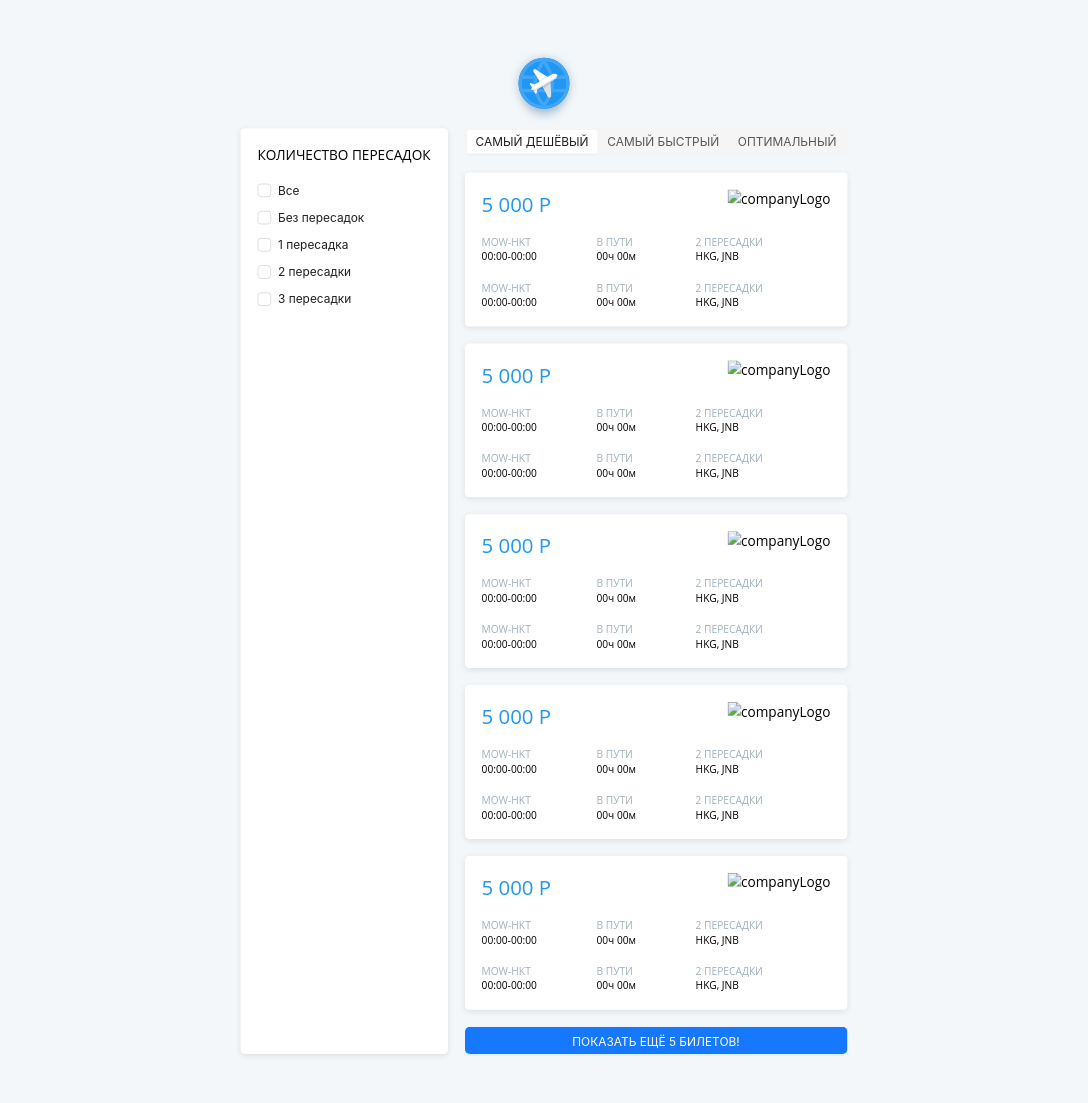
Repository: Dedoxa/aviasalesTickets
Page: /
The author's editor kept a copy of each file at every save. The page is drawn from the files as they stood at one save, then again after a run of saves.
The browser window is 1280 px wide. The pictures show the whole page, at 85% of full size.
The project was rebuilt for these pictures with package versions that can differ from the ones it lists, and the page was loaded fresh each time. Also part of the build but not shown: vite.config.js.

Above is the page before, as saved 2024-10-29 15:48:49.

### index.html
<!doctype html>
<html lang="en">
  <head>
    <meta charset="UTF-8" />
    <meta name="viewport" content="width=device-width, initial-scale=1.0" />
    <title>AviasalesTickets</title>
  </head>
  <body>
    <div id="root"></div>
    <script type="module" src="/src/main.jsx"></script>
  </body>
</html>

### src/main.jsx
import { StrictMode } from 'react';
import { createRoot } from 'react-dom/client';

import App from './App.jsx';

createRoot(document.getElementById('root')).render(
  <StrictMode>
    <App />
  </StrictMode>
);

### src/App.jsx
import TransferFilters from './TransferFilters/TransferFilters.jsx';
import AppIcon from './AppIcon/AppIcon.jsx';
import PriceFilters from './PriceFilters/PriceFilters.jsx';
import TicketCard from './TicketCard/TicketCard.jsx';
import ShowMoreButton from './ShowMoreButton/ShowMoreButton.jsx';
import classes from './App.module.scss';

function App() {
  return (
    <main className={classes.App}>
      <AppIcon />
      <div style={{ display: 'flex', gap: '20px', justifyContent: 'center' }}>
        <TransferFilters />
        <div className={classes['priceFiltersAndTicketsContainer']}>
          <PriceFilters />
          <TicketCard />
          <TicketCard />
          <TicketCard />
          <TicketCard />
          <TicketCard />
          <ShowMoreButton />
        </div>
      </div>
    </main>
  );
}

export default App;

### src/TransferFilters/TransferFilters.jsx
import { Checkbox } from 'antd';

import { contentBox } from '../App.module.scss';

import classes from './TransferFilters.module.scss';

const TransferFilters = () => {
  return (
    <>
      <div className={contentBox}>
        <span className={classes.title}>КОЛИЧЕСТВО ПЕРЕСАДОК</span>
        <div className={classes.checkboxContainer}>
          <Checkbox>Все</Checkbox>
          <Checkbox>Без пересадок</Checkbox>
          <Checkbox>1 пересадка</Checkbox>
          <Checkbox>2 пересадки</Checkbox>
          <Checkbox>3 пересадки</Checkbox>
        </div>
      </div>
    </>
  );
};

export default TransferFilters;

### src/AppIcon/AppIcon.jsx
import classes from './AppIcon.module.scss';

const AppIcon = () => {
  return (
    <div className={classes.AppIcon}>
      <img src="/public/img/Logo.svg" alt="AviasalesIcon" />
    </div>
  );
};

export default AppIcon;

### src/PriceFilters/PriceFilters.jsx
import { Segmented } from 'antd';

const PriceFilters = () => {
  return <Segmented options={['САМЫЙ ДЕШЁВЫЙ', 'САМЫЙ БЫСТРЫЙ', 'ОПТИМАЛЬНЫЙ']} />;
};

export default PriceFilters;

### src/TicketCard/TicketCard.jsx
import { contentBox } from '../App.module.scss';

import classes from './TicketCard.module.scss';

const TicketCard = () => {
  return (
    <div className={contentBox} style={{ display: 'flex', flexDirection: 'column', gap: '20px' }}>
      <div className={classes.mainTicketInfo}>
        <span className={classes['price']}>5 000 Р</span>
        <img src="" alt="companyLogo"></img>
      </div>
      <div className={classes.otherTicketInfo}>
        <div className={classes['infoRow']}>
          <div className={classes['infoTwoLined']}>
            <div className={classes['titleLine']}>MOW-HKT</div>
            <div>00:00-00:00</div>
          </div>
          <div className={classes['infoTwoLined']}>
            <div className={classes['titleLine']}>В ПУТИ</div>
            <div>00ч 00м</div>
          </div>
          <div className={classes['infoTwoLined']}>
            <div className={classes['titleLine']}>2 ПЕРЕСАДКИ</div>
            <div>HKG, JNB</div>
          </div>
        </div>
        <div className={classes['infoRow']}>
          <div className={classes['infoTwoLined']}>
            <div className={classes['titleLine']}>MOW-HKT</div>
            <div>00:00-00:00</div>
          </div>
          <div className={classes['infoTwoLined']}>
            <div className={classes['titleLine']}>В ПУТИ</div>
            <div>00ч 00м</div>
          </div>
          <div className={classes['infoTwoLined']}>
            <div className={classes['titleLine']}>2 ПЕРЕСАДКИ</div>
            <div>HKG, JNB</div>
          </div>
        </div>
      </div>
    </div>
  );
};

export default TicketCard;

### src/ShowMoreButton/ShowMoreButton.jsx
import { Button } from 'antd';

import classes from './ShowMoreButton.module.scss';

const ShowMoreButton = () => {
  return (
    <div className={classes.showMoreButton}>
      <Button block="true" type="primary">ПОКАЗАТЬ ЕЩЁ 5 БИЛЕТОВ!</Button>
    </div>
  );
};

export default ShowMoreButton;

### src/App.module.scss
@font-face {
  font-family: 'Open Sans';
  src: url('https://fonts.googleapis.com/css2?family=Open+Sans:ital,wght@0,300..800;1,300..800&display=swap');
}

.contentBox {
  display: inline-block;
  font-family: 'Open Sans', sans-serif;
  background-color: #fff;
  border-radius: 5px;
  box-shadow: 0 2px 8px 0 rgba(0, 0, 0, 0.1);
  padding: 20px;
}

body {
  background-color: #f3f7fa;
  padding: 50px 103px;
}

.App {
  .priceFiltersAndTicketsContainer {
    display: flex;
    flex-direction: column;
    gap: 20px;
  }
}

### src/TransferFilters/TransferFilters.module.scss
.title {
  margin-bottom: 20px;
}

.checkboxContainer {
  margin-top: 20px;
  display: flex;
  flex-direction: column;
  gap: 10px;
}

### src/AppIcon/AppIcon.module.scss
.AppIcon {
    text-align: center;
}

### src/TicketCard/TicketCard.module.scss
.mainTicketInfo,
.otherTicketInfo {
  display: flex;
}

.mainTicketInfo {
  justify-content: space-between;

  .price {
    color: #2196F3;
    font-size: 24px;
  }
}

.otherTicketInfo {
  flex-direction: column;
  gap: 20px;

  .infoRow {
    display: flex;
    gap: 70px;
  }

  .infoTwoLined {
    display: flex;
    flex-direction: column;
    font-size: 12px;

    .titleLine {
        color: #A0B0B9;
    }
  }
}

### src/ShowMoreButton/ShowMoreButton.module.scss
.showMoreButton {
  text-align: center;
}

After the next 2 saves:
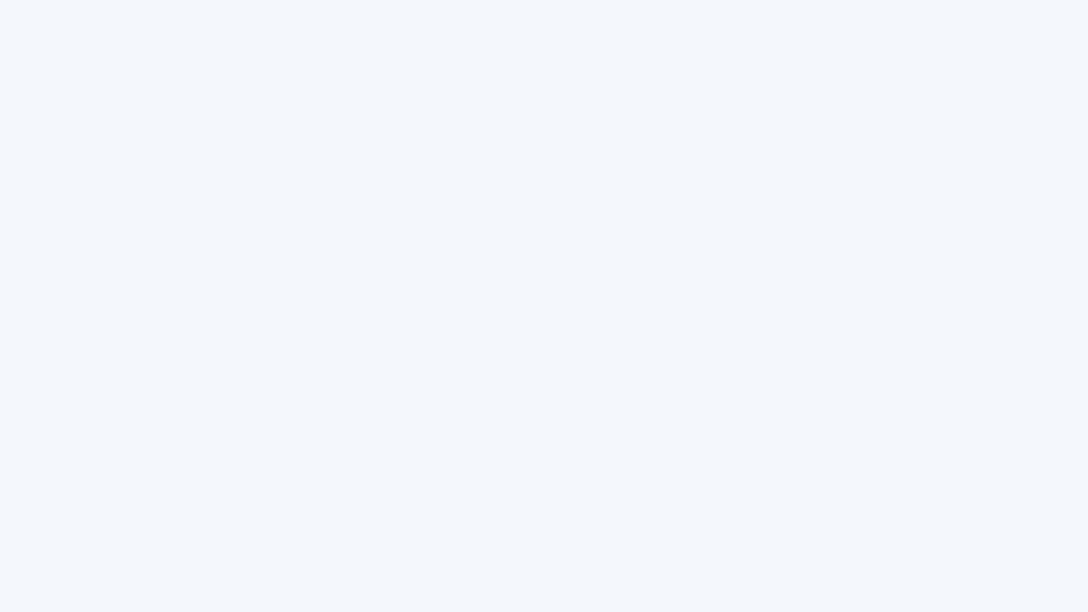
Console error: ReferenceError: height is not defined
The 2 saves are shown as one change because 1 did not build or start.
The last was saved 61 s later.
--- a/src/TransferFilters/TransferFilters.jsx
+++ b/src/TransferFilters/TransferFilters.jsx
@@ -7,7 +7,7 @@
 const TransferFilters = () => {
   return (
     <>
-      <div className={contentBox}>
+      <div className={contentBox} style={height}>
         <span className={classes.title}>КОЛИЧЕСТВО ПЕРЕСАДОК</span>
         <div className={classes.checkboxContainer}>
           <Checkbox>Все</Checkbox>

After the 3 saves that followed:
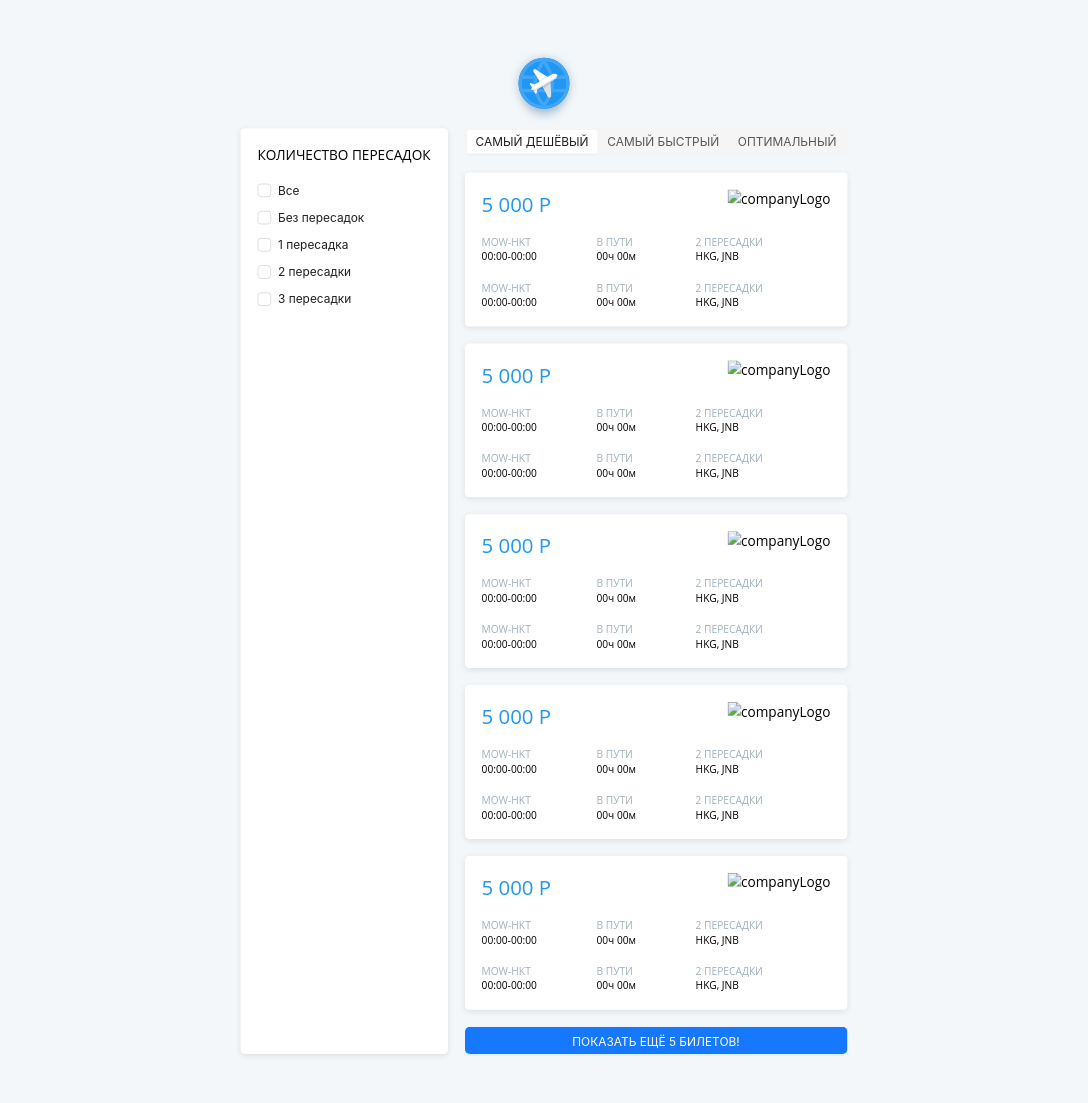
The error is gone.
The 3 saves are shown as one change because 2 did not build or start.
The last was saved 49 s later.
--- a/src/TransferFilters/TransferFilters.jsx
+++ b/src/TransferFilters/TransferFilters.jsx
@@ -7,7 +7,7 @@
 const TransferFilters = () => {
   return (
     <>
-      <div className={contentBox} style={height}>
+      <div className={contentBox}>
         <span className={classes.title}>КОЛИЧЕСТВО ПЕРЕСАДОК</span>
         <div className={classes.checkboxContainer}>
           <Checkbox>Все</Checkbox>
